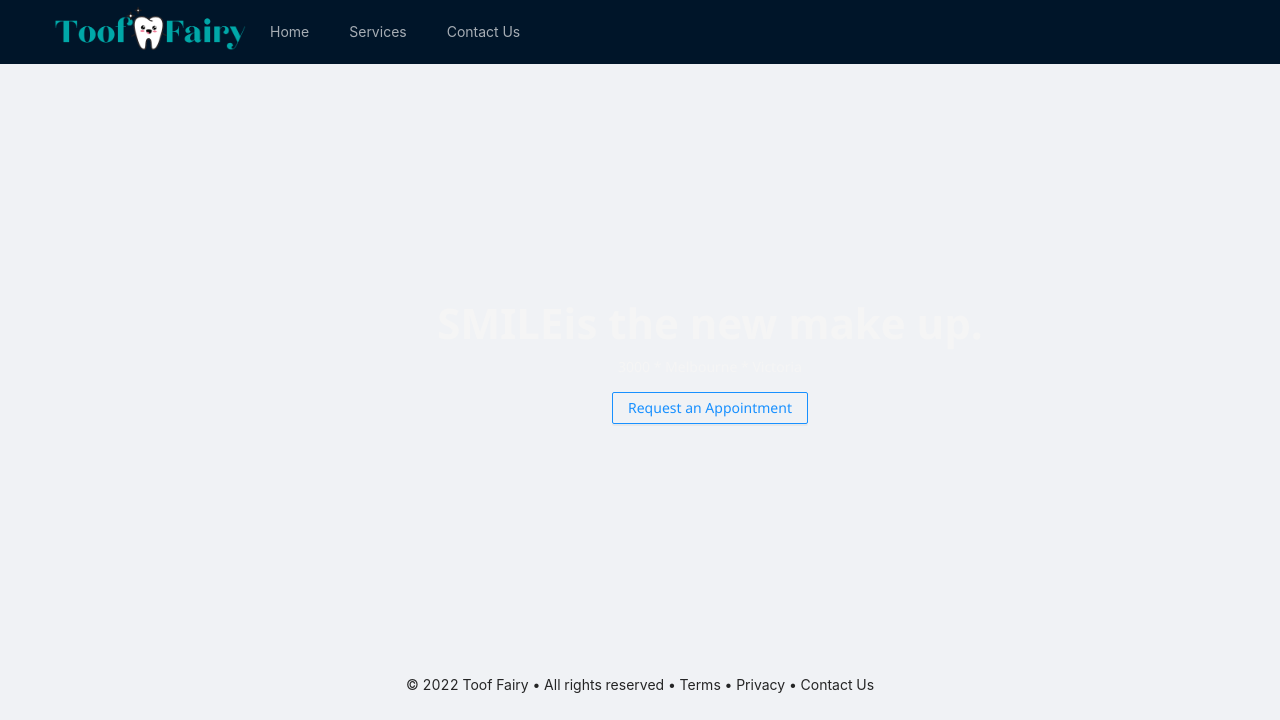
Repository: neldad1/dentist-app
Page: /
The author's editor kept a copy of each file at every save. The page is drawn from the files as they stood at one save, then again after the next save.
The browser window is 1280 px wide. The pictures show the whole page.
The project was rebuilt for these pictures with package versions that can differ from the ones it lists, and the page was loaded fresh each time. Also part of the build but not shown: src/components/Contact.jsx, src/components/Services/Cosmetic.jsx, src/components/Services/Resorative.jsx, src/components/Services/Preventative.jsx. Imported but missing from the stored project, and not drawn on this page: src/components/Services.

Above is the page before, as saved 2022-03-09 16:37:37.

After the next save:
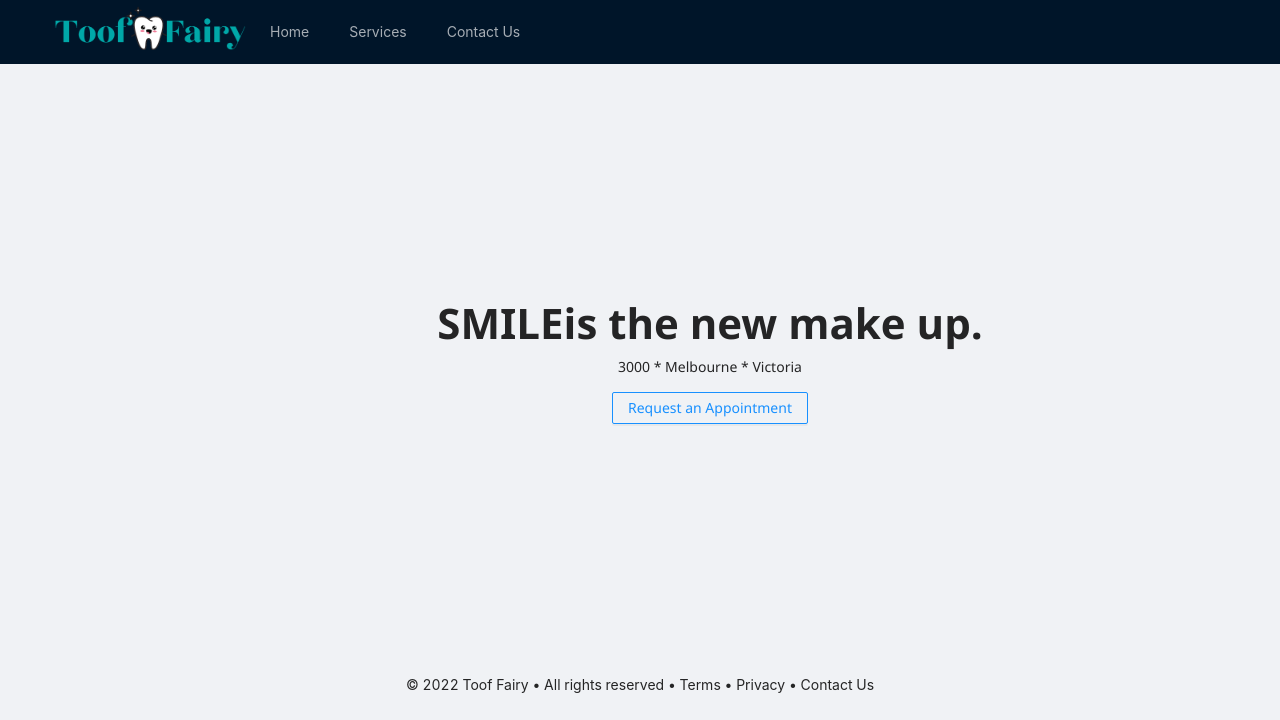
Saved 45 s later.
--- a/src/App.css
+++ b/src/App.css
@@ -27,7 +27,6 @@
   flex-direction: column;
   align-items: center;
   justify-content: center;
-  color: whitesmoke;
 }
 
 .intro-wrapper {

After the save that followed:
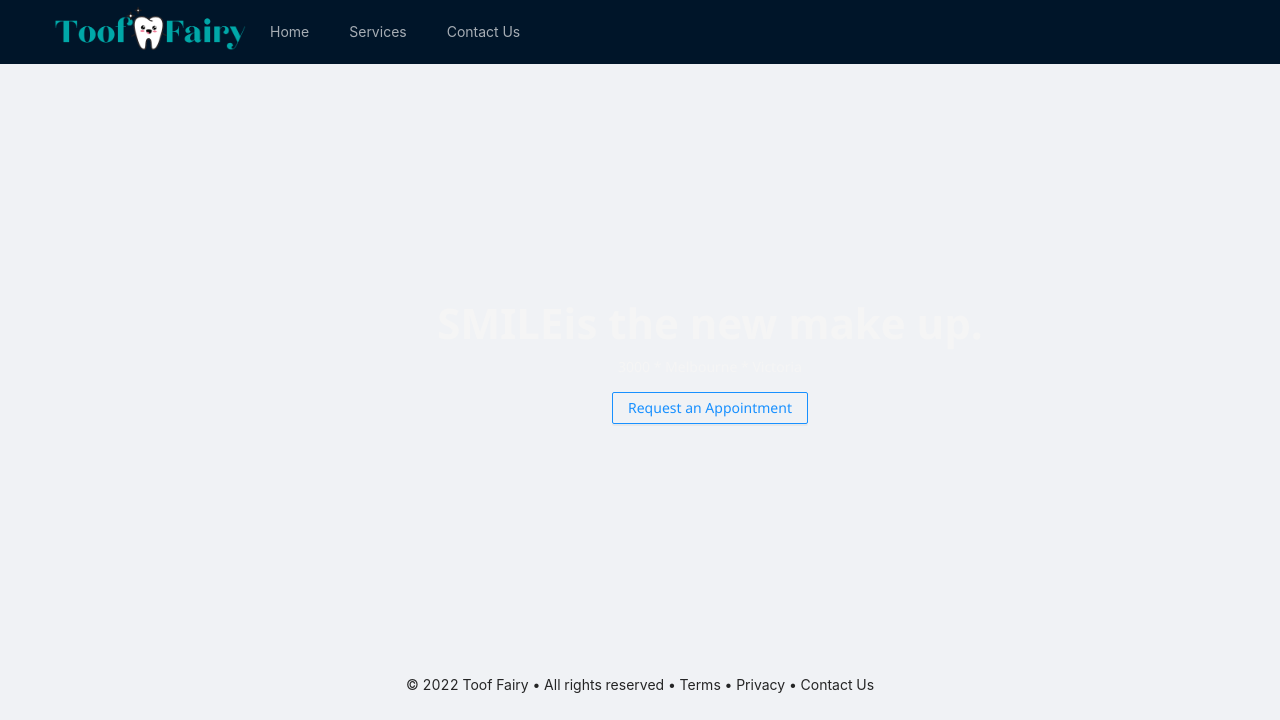
Saved 6 s later.
--- a/src/App.css
+++ b/src/App.css
@@ -42,6 +42,7 @@
   width: 50%;
   font-family: 'Segoe UI', sans-serif;
   margin-left: 10em;
+  color: whitesmoke;
 }
 .tagline1 {
   font-weight: bolder;
